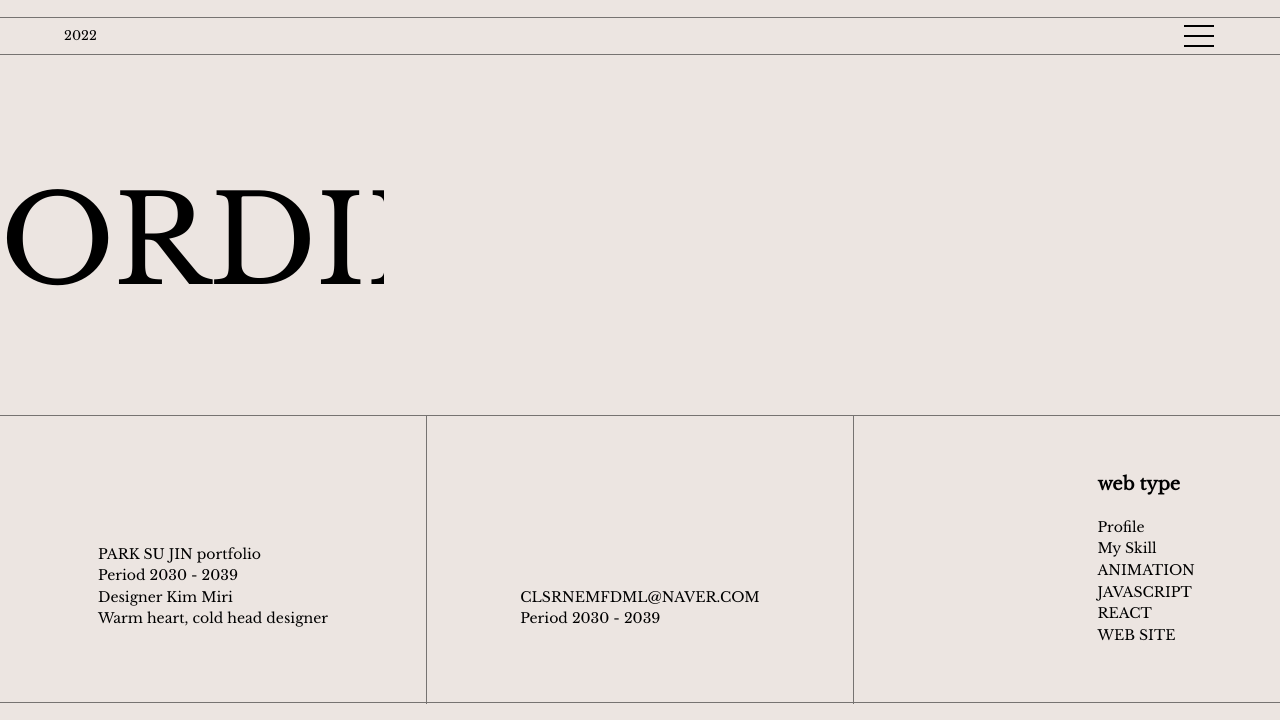
Repository: clsrnemfdml/portfolio_parksj_versiton1
Page: index.html
An editor plug-in stored every save of this project. The page is shown before and after a run of saves, followed by the edit.
The browser window is 1280 px wide. The pictures show the whole page.

Above is the page before, as saved 2021-09-07 07:56:33.

After the next 2 saves:
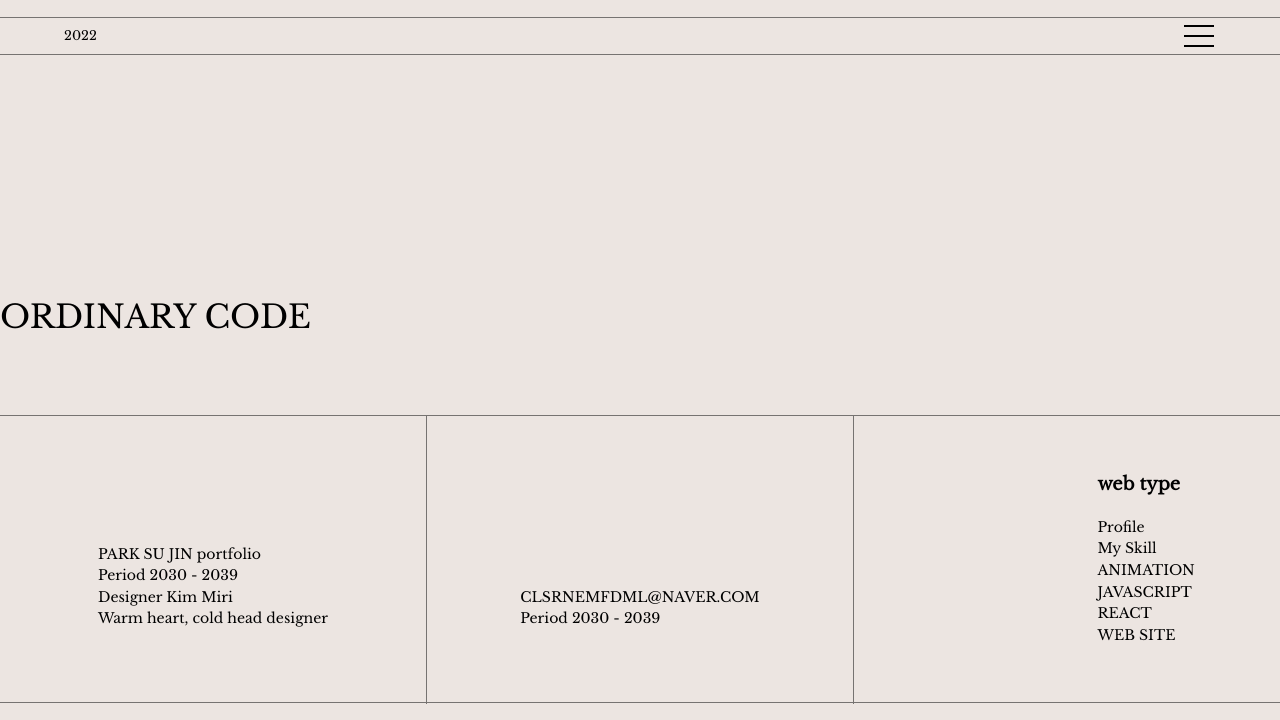
The 2 saves are shown as one change because they came seconds apart.
The last was saved 23 s later.
--- a/index.html
+++ b/index.html
@@ -22,7 +22,7 @@
                     </span>
                 </div>
                 <div class="content">
-                    <svg width=30vw height=80vh viewBox="0 0 525 160"> <text>ORDINARY CODE</text> </svg>
+                    <svg width=30vw height=80vh viewBox="0 0 2000 160"> <text>ORDINARY CODE</text> </svg>
 
                 </div>
                 <div class="content_bottom">
